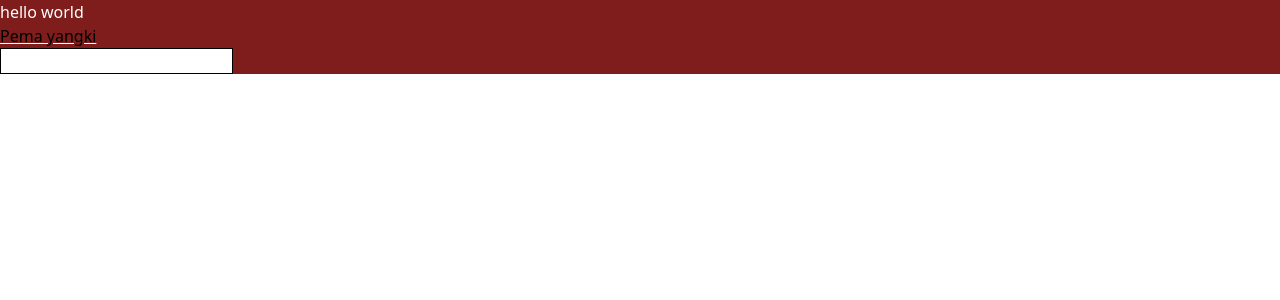
Repository: Pema-yangki/Css
Page: tailwind.html
An editor plug-in stored every save of this project. The page is shown before and after the next save, followed by the edit.
The browser window is 1280 px wide. The pictures show the whole page.
Some web libraries are served in a nearby version.

Above is the page before, as saved 2024-04-12 10:34:03.

### tailwind.html
<!DOCTYPE html>
<html lang="en">
<head>
    <meta charset="UTF-8">
    <meta name="viewport" content="width=device-width, initial-scale=1.0">
    <title>Document</title>
    <script src="http://cdn.tailwindcss.com"></script>
</head>
<body>
    <div class="bg-red-900">
        <h1 class="text-white">hello world</h1>
        <h1 class="underline decoration-white">Pema yangki</h1>
        <input type="text" class="border border-black">

        <p class="bg-rose-200"></p>
    </div>

</body>
</html>

After the next save:
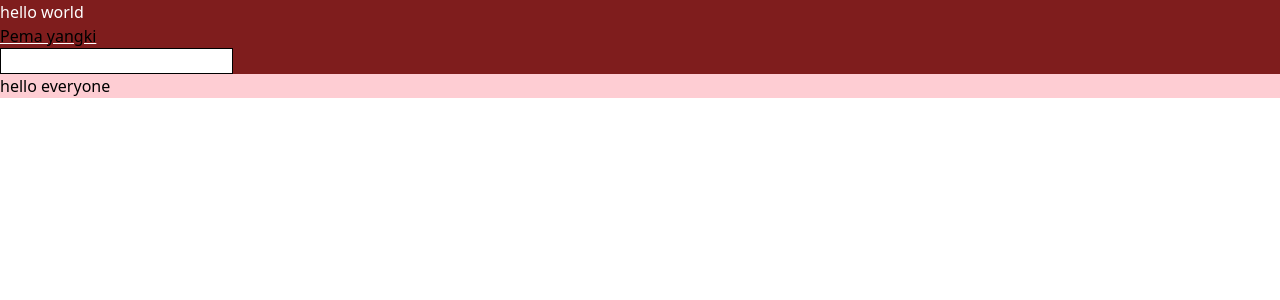
Saved 11 s later.
--- a/tailwind.html
+++ b/tailwind.html
@@ -12,7 +12,7 @@
         <h1 class="underline decoration-white">Pema yangki</h1>
         <input type="text" class="border border-black">
 
-        <p class="bg-rose-200"></p>
+        <p class="bg-rose-200">hello everyone</p>
     </div>
 
 </body>
